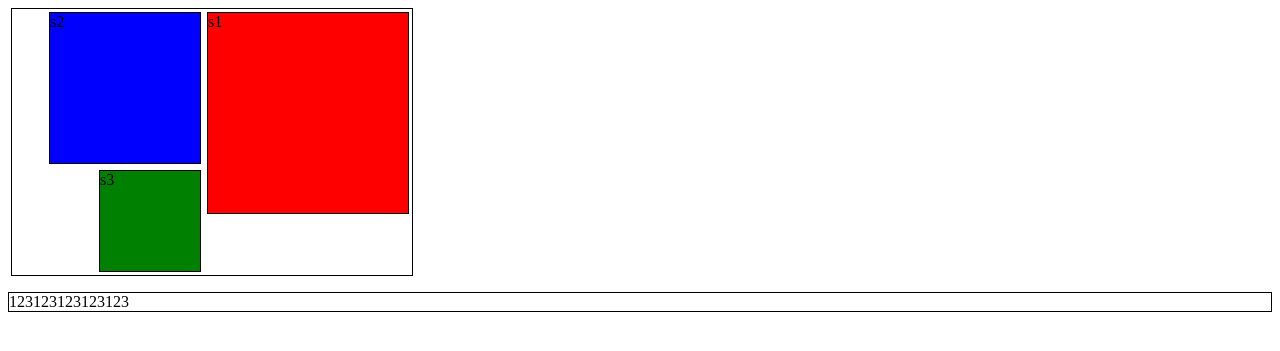
Repository: MasterKweng/workspace
Page: WebBasic/WebContent/Day02/左浮动.html
The author's editor kept a copy of each file at every save. The page is drawn from the files as they stood at one save, then again after the next save.
The browser window is 1280 px wide. The pictures show the whole page.

Above is the page before, as saved 2018-01-05 02:48:57.

After the next save:
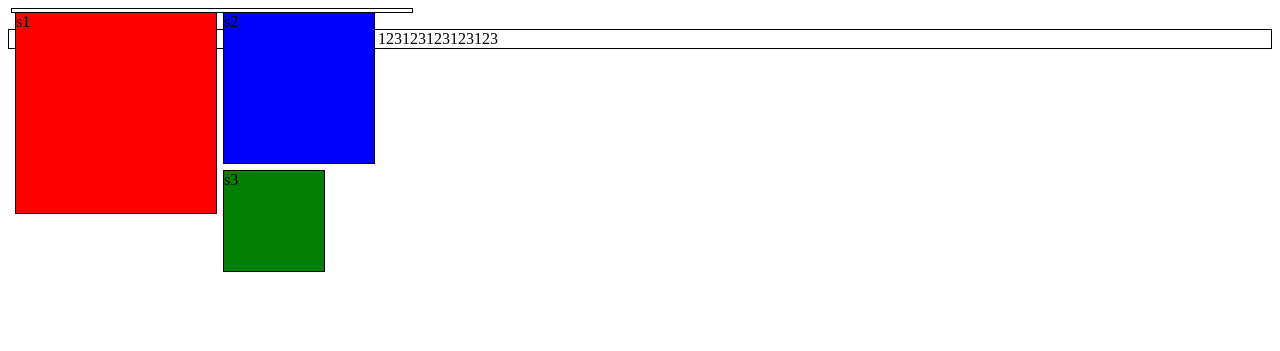
Saved 22 min 41 s later.
--- a/WebBasic/WebContent/Day02/左浮动.html
+++ b/WebBasic/WebContent/Day02/左浮动.html
@@ -30,7 +30,7 @@
 				border:1px solid #000;
 			}
 			#son1,#son2,#son3{
-				float:right;
+				float:left;
 			}
 			/*消除对p的影响，但是无法消除对外层div的影响*/
 			p{
